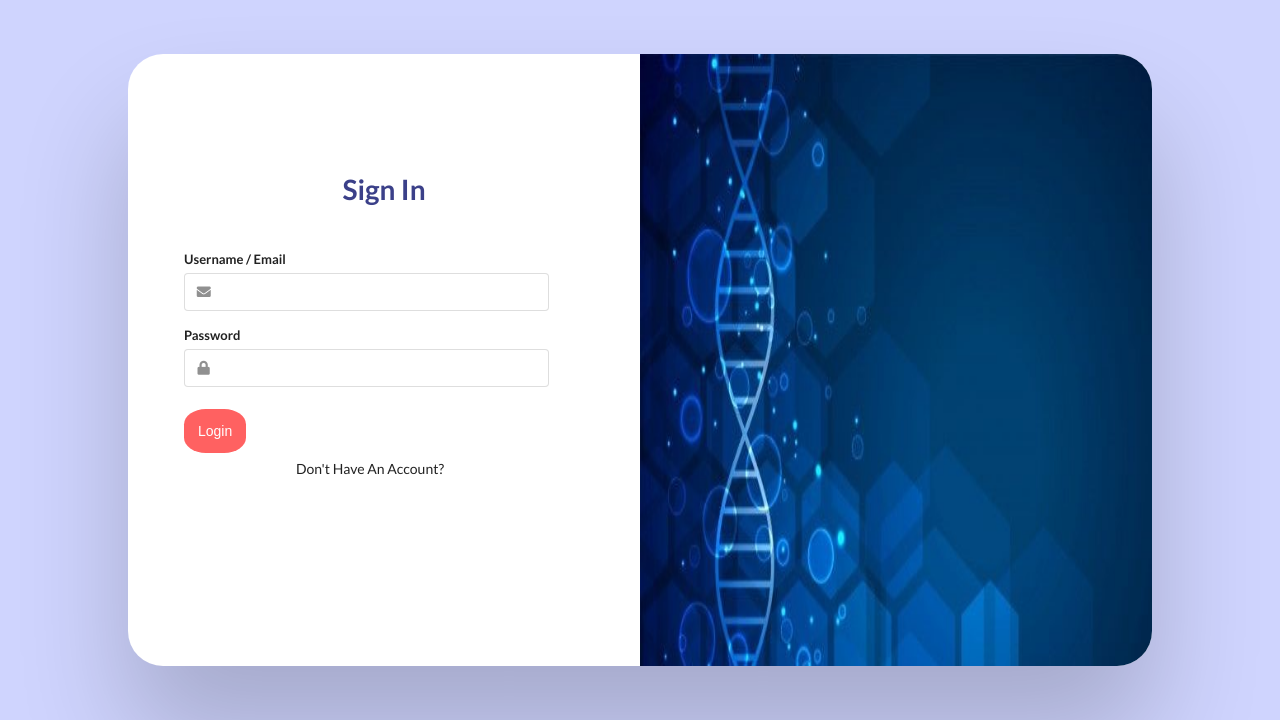
Repository: ajayaj2001/healthcare-digitization
Page: /
An editor plug-in stored every save of this project. The page is shown before and after the next save, followed by the edit.
The browser window is 1280 px wide. The pictures show the whole page.
The project was rebuilt for these pictures with package versions that can differ from the ones it lists, and the page was loaded fresh each time. Also part of the build but not shown: src/component/userType/UserType.scss, src/component/userType/UserType.js.

Above is the page before, as saved 2021-03-12 21:22:58.

After the next save:
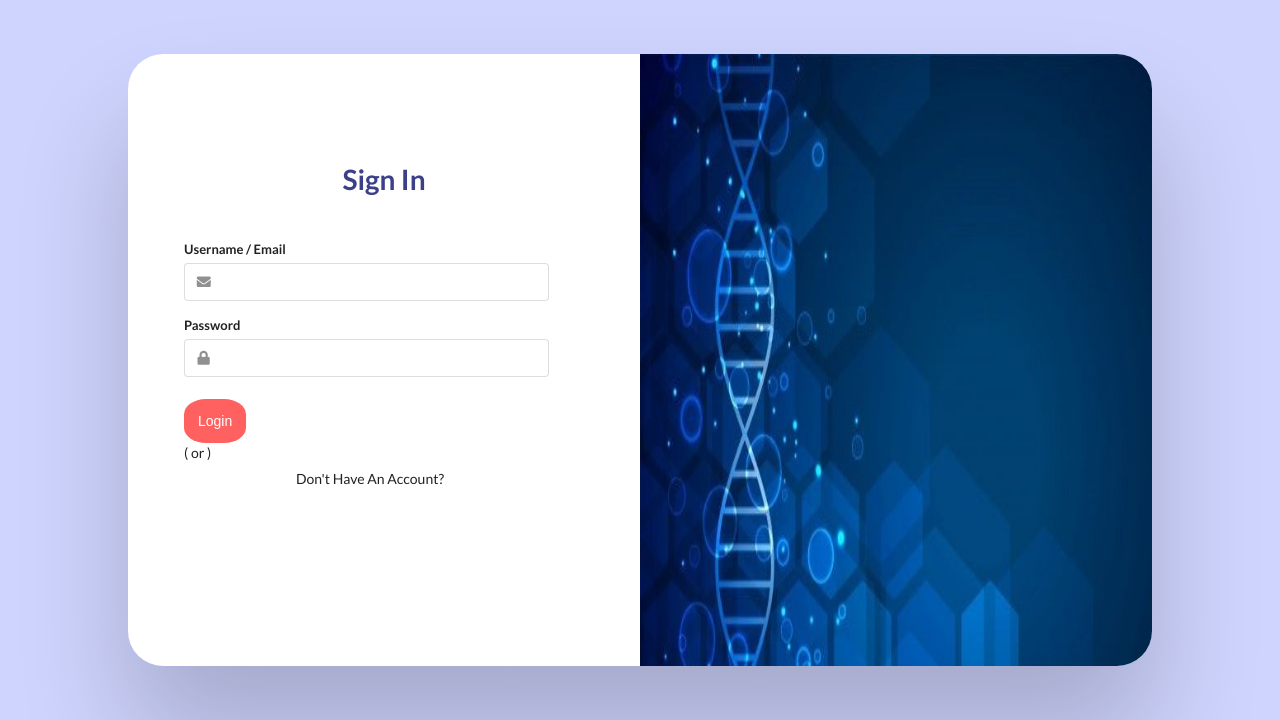
Saved 56 s later.
--- a/src/component/login/loginForm/LoginForm.js
+++ b/src/component/login/loginForm/LoginForm.js
@@ -68,6 +68,7 @@ const LoginForm = () => {
                 />
                 <button disabled={loading} className={loading ? 'loading loginForm__button' : " loginForm__button"} type='submit'>Login </button>
             </Form>
+            <div className="login_form-text">( or )</div>
             <div className="loginForm__link">Don't Have An Account? {/*<Link to="/register" >  Register</Link>*/}</div>
 
         </div>
